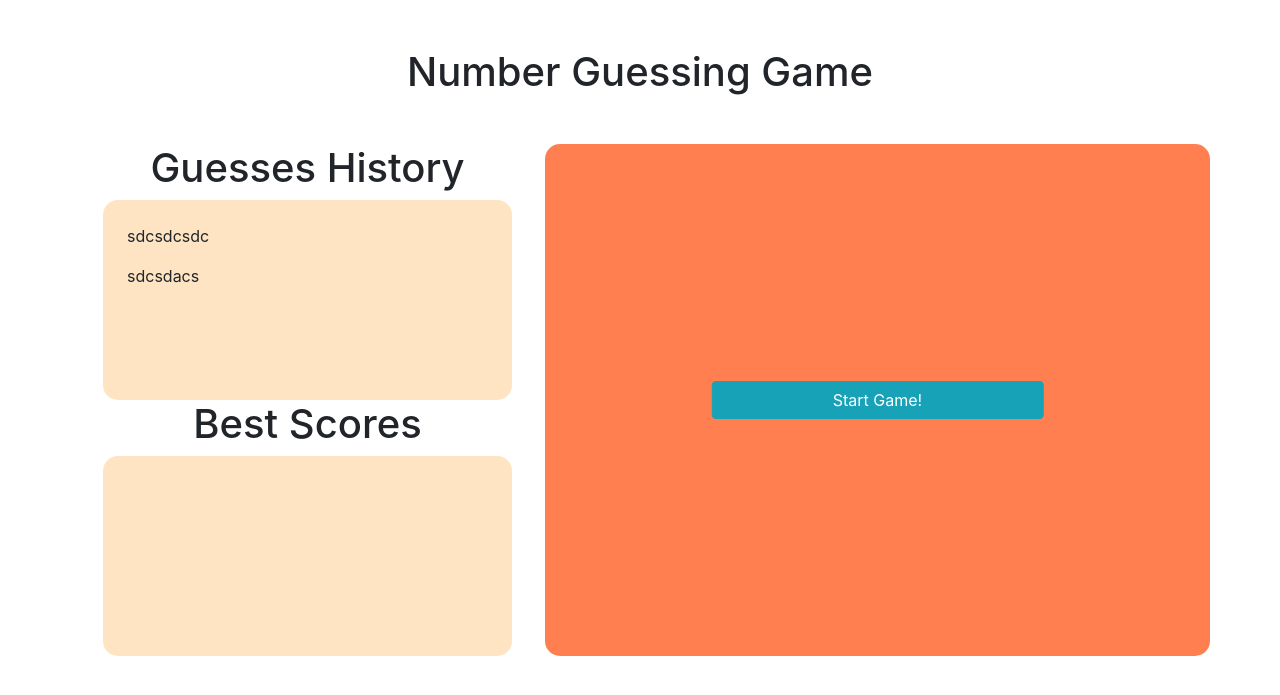
Repository: tts2610/NumberGuessingGame
Page: index.html
An editor plug-in stored every save of this project. The page is shown before and after the next save, followed by the edit.
The browser window is 1280 px wide. The pictures show the whole page.

Above is the page before, as saved 2020-05-13 14:19:53.

### index.html
<!DOCTYPE html>
<html lang="en">

<head>
    <meta charset="UTF-8">
    <meta name="viewport" content="width=device-width, initial-scale=1.0">
    <title>Document</title>
    <link rel="stylesheet" href="https://maxcdn.bootstrapcdn.com/bootstrap/4.4.1/css/bootstrap.min.css">

    <!-- jQuery library -->
    <script src="https://ajax.googleapis.com/ajax/libs/jquery/3.4.1/jquery.min.js"></script>

    <!-- Popper JS -->
    <script src="https://cdnjs.cloudflare.com/ajax/libs/popper.js/1.16.0/umd/popper.min.js"></script>

    <!-- Latest compiled JavaScript -->
    <script src="https://maxcdn.bootstrapcdn.com/bootstrap/4.4.1/js/bootstrap.min.js"></script>
    <link rel="stylesheet" href="css/style.css">

</head>

<body>

    <section class="container py-5 numberGuessingBox">
        <h1 style="text-align: center;" class="mb-5">Number Guessing Game</h1>
        <div class="row">
            <div class="col-5 left_handSide px-5">
                <h1 style="text-align: center;">Guesses History</h1>
                <div class="row box-1 py-4 px-4" id="guessHistory">
                    <p>sdcsdcsdc</p>
                    <p>sdcsdacs</p>
                </div>
                <h1 style="text-align: center;">Best Scores</h1>
                <div class="row box-2 py-4 px-4" id="ranking">

                </div>
            </div>
            <div class="col-7 right_handSide px-5">
                <button onclick="startGame()" class="btn btn-info" id="startGameBtn">Start Game!</button>
                <div id="inputDiv">
                    <div class="customForm py-5">
                        <input type="number" class="form-control" id="guessInput" placeholder="Enter your guess here:">
                        <div class="submitBtn">
                            <button type="button" class="btn btn-primary mt-4" onclick="guessSubmit()">Guess</button>
                            <button type="button" class="btn btn-danger mt-4" onclick="reset()">Reset</button>
                        </div>
                    </div>
                    <div class="result">
                        <div>Guess Remaining:
                            <span id="guessRemaining"></span>
                        </div>
                        <div>Time Remaining:
                            <span id="secondRemaining"></span>s</div>
                        <div>Result:
                            <span id="finalResult"></span>
                        </div>
                    </div>
                </div>


            </div>
        </div>
    </section>

    <script src="js/script.js"></script>
</body>

</html>

### css/style.css
.numberGuessingBox .row .left_handSide .box-1 {
    background-color: bisque;
    height: 200px;
    border-radius: 15px;
    display: flex;
    flex-direction: column;
}

.numberGuessingBox .row .left_handSide .box-2 {
    background-color: bisque;
    height: 200px;
    border-radius: 15px;
    display: flex;
    flex-direction: column;
}

.numberGuessingBox .row .right_handSide {
    background-color: coral;
    border-radius: 15px;
    width: auto;
}

.numberGuessingBox .row .right_handSide .customForm {
    width: 50%;
    position: absolute;
    top: 30%;
    left: 50%;
    transform: translate(-50%, -50%);
}

.numberGuessingBox .row .right_handSide .result {
    width: 50%;
    position: absolute;
    top: 65%;
    left: 50%;
    transform: translate(-50%, -50%);
    font-size: xx-large;
    text-align: center;
}

.numberGuessingBox .row .right_handSide .customForm .submitBtn {
    display: flex;
    justify-content: space-around;
}

#inputDiv {
    display: none;
}

#startGameBtn {
    width: 50%;
    position: absolute;
    top: 50%;
    left: 50%;
    transform: translate(-50%, -50%);
}

### js/script.js
let div = document.getElementById("inputDiv");
let startGameBtn = document.getElementById("startGameBtn");

let historyBox = [];
let bestScores = [];
let guess = 5;
let second = 30;
let randomNumber;
let timer;

let input = document.getElementById("guessInput");

let guessHistory = document.getElementById("guessHistory");
let ranking = document.getElementById("ranking");

let secondRemaining = document.getElementById("secondRemaining");
let guessRemaining = document.getElementById("guessRemaining");
let finalResult = document.getElementById("finalResult");


$(document).ready(function() {
    div.style.display = "none";
    randomNumber = Math.floor(Math.random() * 100) + 1;
});

function startGame() {
    if (div.style.display === "none") {
        secondRemaining.innerHTML = second;
        timecounting();

        guessRemaining.textContent = guess;
        div.style.display = "block";
        startGameBtn.style.display = "none";
    }
}

function timecounting() {
    timer = setInterval(() => {
        if (second == 0) {
            clearInterval(timer);
            return;
        }
        second -= 1
        secondRemaining.innerHTML = second;
    }, 1000)

}


let prompts = { 1: "You are Correct!", 2: "Too Low!", 3: "Too High!", 4: "You already input that number!" }


function getResult() {
    let result = 0;
    if (historyBox.includes(input.value)) {
        result = 4;
    } else {
        historyBox.push(input.value);
        if (input.value == 10) {
            result = 1;
            bestScores.push({ guessRemain: guess, timeRemain: time })
        } else if (input.value < 10) {
            result = 2;
        } else if (input.value > 10) {
            result = 3;
        }
        guessRemaining.textContent = --guess;
    }
    return result;
}

function guessSubmit() {
    finalResult.innerHTML = prompts.getResult();
    bestScores.sort((a, b) => (a.guessRemain > b.guessRemain) ? -1 : 1);
    historyBox.forEach(element => {
        var p = document.createElement("p");
        p.innerHTML = element;
        guessHistory.append(p);
    });
}

function reset() {

}

After the next save:
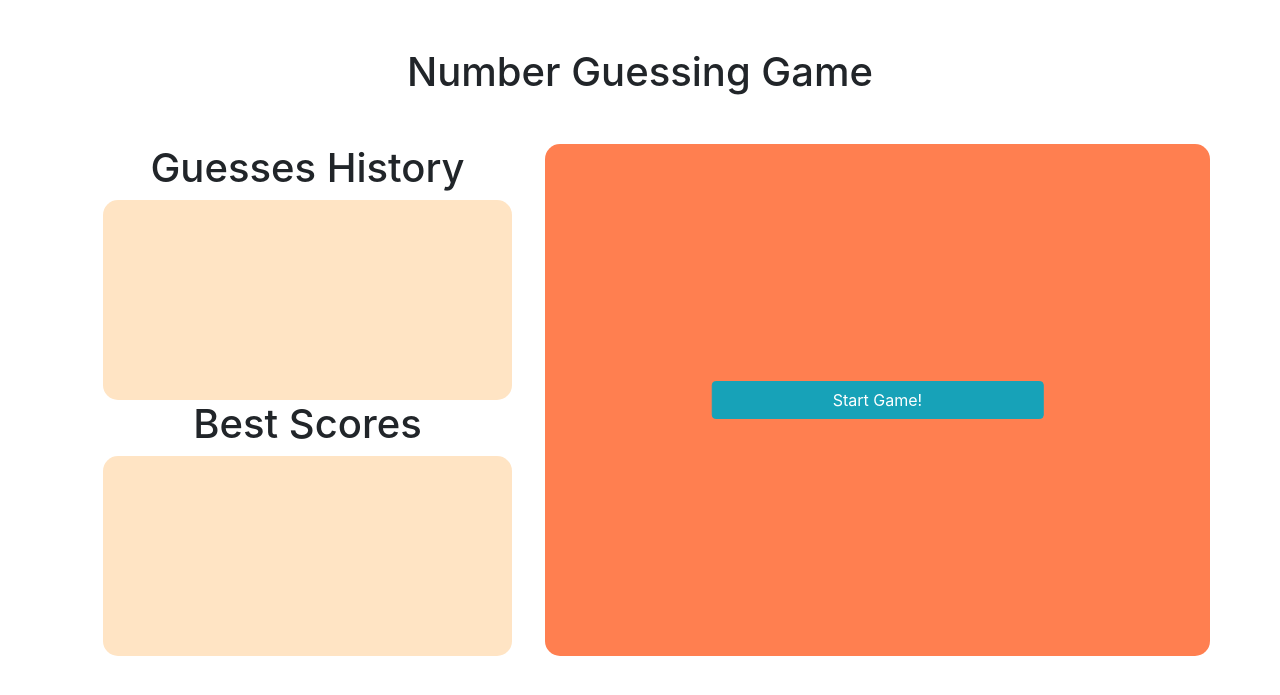
Saved 30 s later.
--- a/index.html
+++ b/index.html
@@ -27,8 +27,7 @@
             <div class="col-5 left_handSide px-5">
                 <h1 style="text-align: center;">Guesses History</h1>
                 <div class="row box-1 py-4 px-4" id="guessHistory">
-                    <p>sdcsdcsdc</p>
-                    <p>sdcsdacs</p>
+
                 </div>
                 <h1 style="text-align: center;">Best Scores</h1>
                 <div class="row box-2 py-4 px-4" id="ranking">
